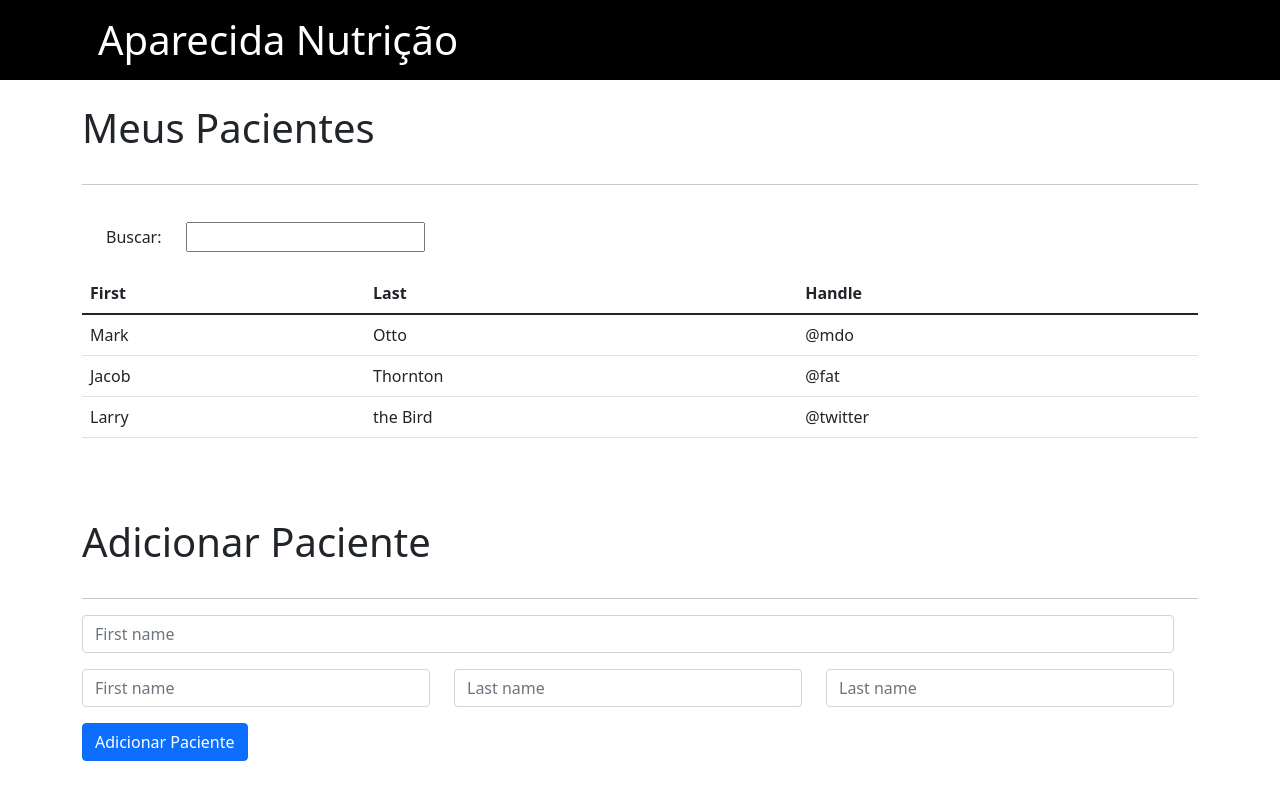
Repository: eversonps/app-paciente
Page: / (app in frontend/)
An editor plug-in stored every save of this project. The page is shown before and after the next save, followed by the edit.
The browser window is 1280 px wide. The pictures show the whole page.
The project was rebuilt for these pictures with package versions that can differ from the ones it lists, and the page was loaded fresh each time.

Above is the page before, as saved 2022-03-28 14:44:36.

### frontend/src/index.js
import React from 'react';
import ReactDOM from 'react-dom';
import './index.css';
import App from './App';
import  '../node_modules/bootstrap/dist/css/bootstrap.min.css'

ReactDOM.render(
    <App />,
    document.getElementById('root')
);

### frontend/src/App.jsx
import Header from "./components/Header";
import MyPacients from "./components/MyPacients";
import Main from "./components/Main"
import AddPacient from "./components/AddPacient";

function App() {
  return (
    <div className="App">
        <Header></Header>
        <Main>
            <MyPacients></MyPacients>
            <AddPacient></AddPacient>
        </Main>
    </div>
  );
}

export default App;

### frontend/src/components/Header.jsx
import React from "react";

export default props => {
    return (
        <header className="bg-black">
            <div className="container">
                <h1 className="text-white p-3">Aparecida Nutrição</h1>
            </div>
        </header>
    )
}

### frontend/src/components/MyPacients.jsx
import React from "react";
import FilterPacients from "../Templates/FilterPacients";
import Table from "../Templates/Table";
import Title from "../Templates/Title";

export default props => (
    <div>
        <Title name="Meus Pacientes"></Title>

        <FilterPacients></FilterPacients>
        <Table></Table>
    </div>
)

### frontend/src/components/Main.jsx
import React from "react";

export default props => (
    <main className="container">
        {props.children}
    </main>
)

### frontend/src/components/AddPacient.jsx
import React from "react";
import FormPacients from "../Templates/FormPacients";
import Title from "../Templates/Title"
import Button from "../Templates/Button";

export default props => (
    <div className="py-5">
        <Title name="Adicionar Paciente"></Title>
        <FormPacients></FormPacients>
        <div className="mt-3">
            <Button type="primary" name="Adicionar Paciente"></Button>
        </div>
    </div>
)

### frontend/src/Templates/FilterPacients.jsx
import React from "react";

export default props => (
    <div>
        <label className="m-4">Buscar: </label>
        <input type="text" />
    </div>
)

### frontend/src/Templates/Table.jsx
import React from "react";

export default props => (
    <div>
        <table class="table">
        <thead class="thead-dark">
            <tr>
                <th scope="col">First</th>
                <th scope="col">Last</th>
                <th scope="col">Handle</th>
            </tr>
        </thead>
        <tbody>
            <tr>
                <td>Mark</td>
                <td>Otto</td>
                <td>@mdo</td>
            </tr>
                <tr>
                <td>Jacob</td>
                <td>Thornton</td>
                <td>@fat</td>
                </tr>
            <tr>
                <td>Larry</td>
                <td>the Bird</td>
                <td>@twitter</td>
                </tr>
            </tbody>
        </table>
    </div>

)

### frontend/src/Templates/Title.jsx
import React from "react";

export default props => (
    <div>
        <h1 className="pt-3 py-3">{props.name}</h1>
        <hr />
    </div>
)

### frontend/src/Templates/FormPacients.jsx
import React from "react";

export default props => (
    <form>
        <div className="row">
            <div className="row mb-3">
                <div className="col">
                    <input type="text" className="form-control" placeholder="First name" />
                </div>
            </div>
            <div className="row">
                <div className="col">
                    <input type="text" className="form-control" placeholder="First name" />
                </div>
                <div className="col">
                    <input type="text" className="form-control" placeholder="Last name" />
                </div>
                <div className="col">
                    <input type="text" className="form-control" placeholder="Last name" />
                </div>
            </div>
        </div>
    </form>
)

### frontend/src/Templates/Button.jsx
import React from "react";

export default props => (
    <button type="button" class={`btn btn-${props.type}`}>{props.name}</button>
)

Loaded but not shown: frontend/public/index.html (common file); frontend/src/index.css (common file)

After the next save:
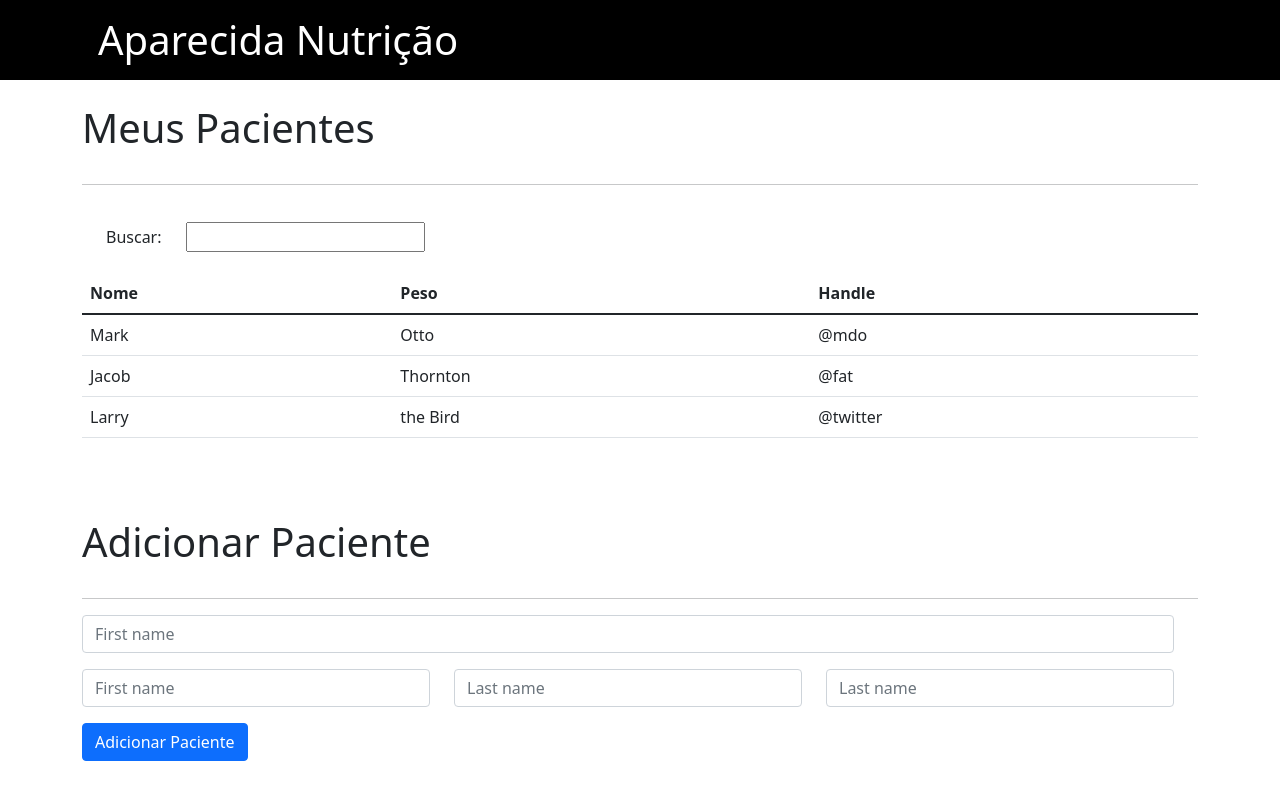
Saved 15 s later.
--- a/frontend/src/Templates/Table.jsx
+++ b/frontend/src/Templates/Table.jsx
@@ -5,8 +5,8 @@ export default props => (
         <table class="table">
         <thead class="thead-dark">
             <tr>
-                <th scope="col">First</th>
-                <th scope="col">Last</th>
+                <th scope="col">Nome</th>
+                <th scope="col">Peso</th>
                 <th scope="col">Handle</th>
             </tr>
         </thead>
